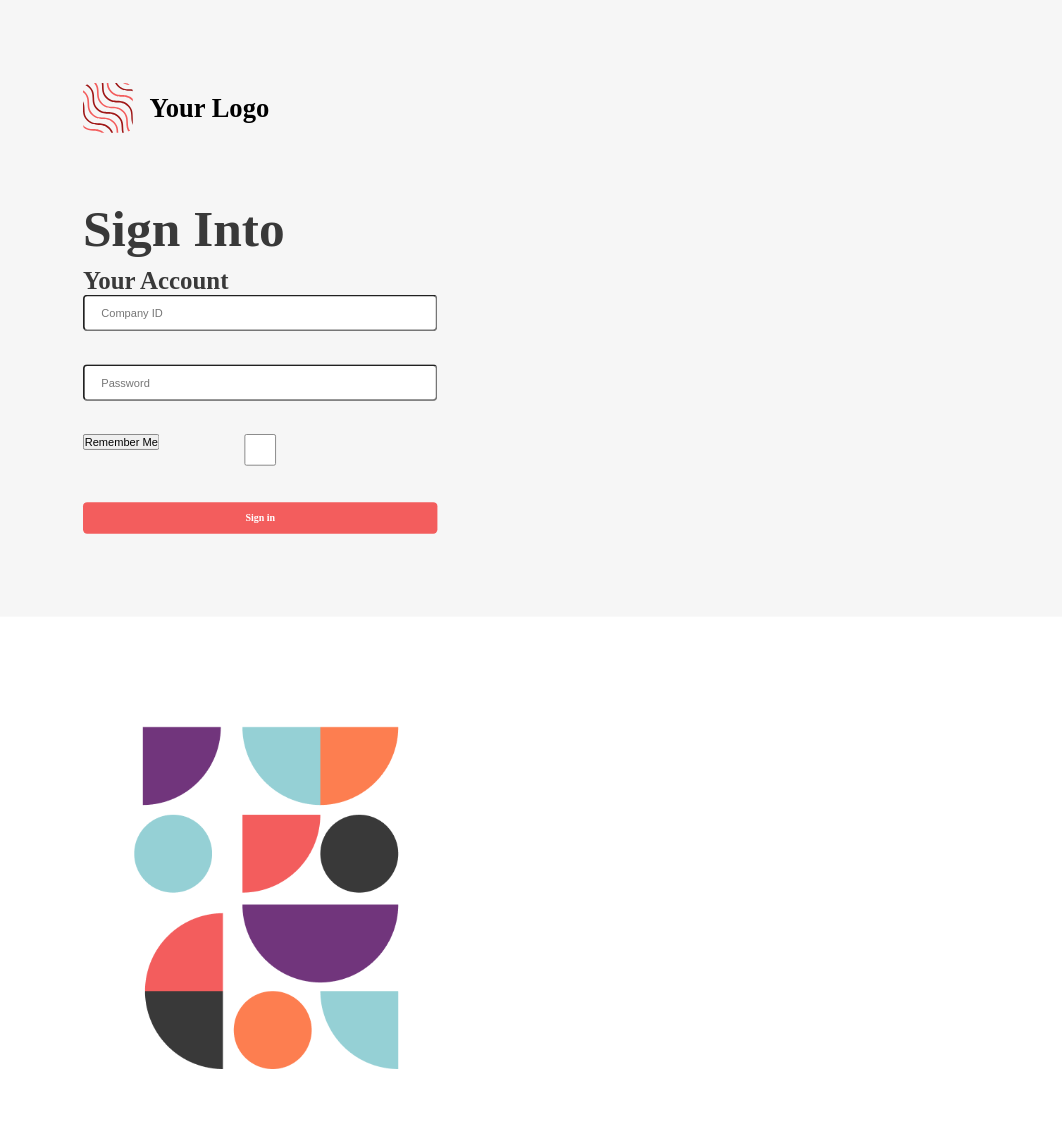
Repository: kubrazamanova/Form-lesson2
Page: index.html
These files come from the project's save history. The page is drawn as it stood at one moment and after the next save; the edit follows.
The browser window is 1280 px wide. The pictures show the whole page, at 83% of full size.

Above is the page before, as saved 2023-10-28 10:16:53.

After the next save:
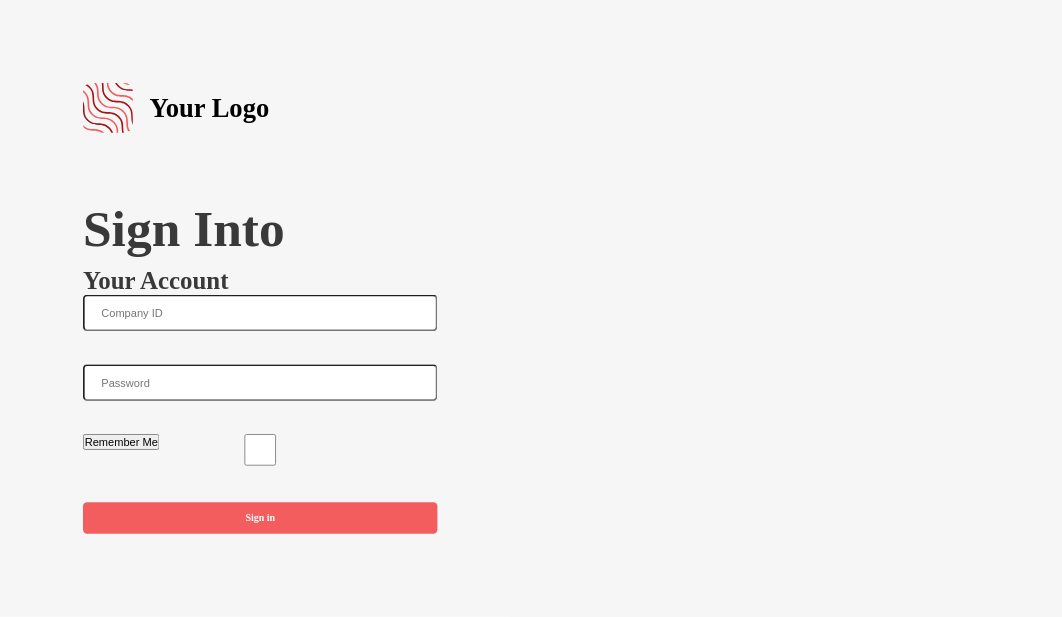
Saved 4 s later.
--- a/index.html
+++ b/index.html
@@ -85,9 +85,6 @@
       </form>
     </div>
 
-    <div class="right-side">
-      <img src="/Component 1.png" alt="" />
 
-  </div>
   </body>
 </html>
